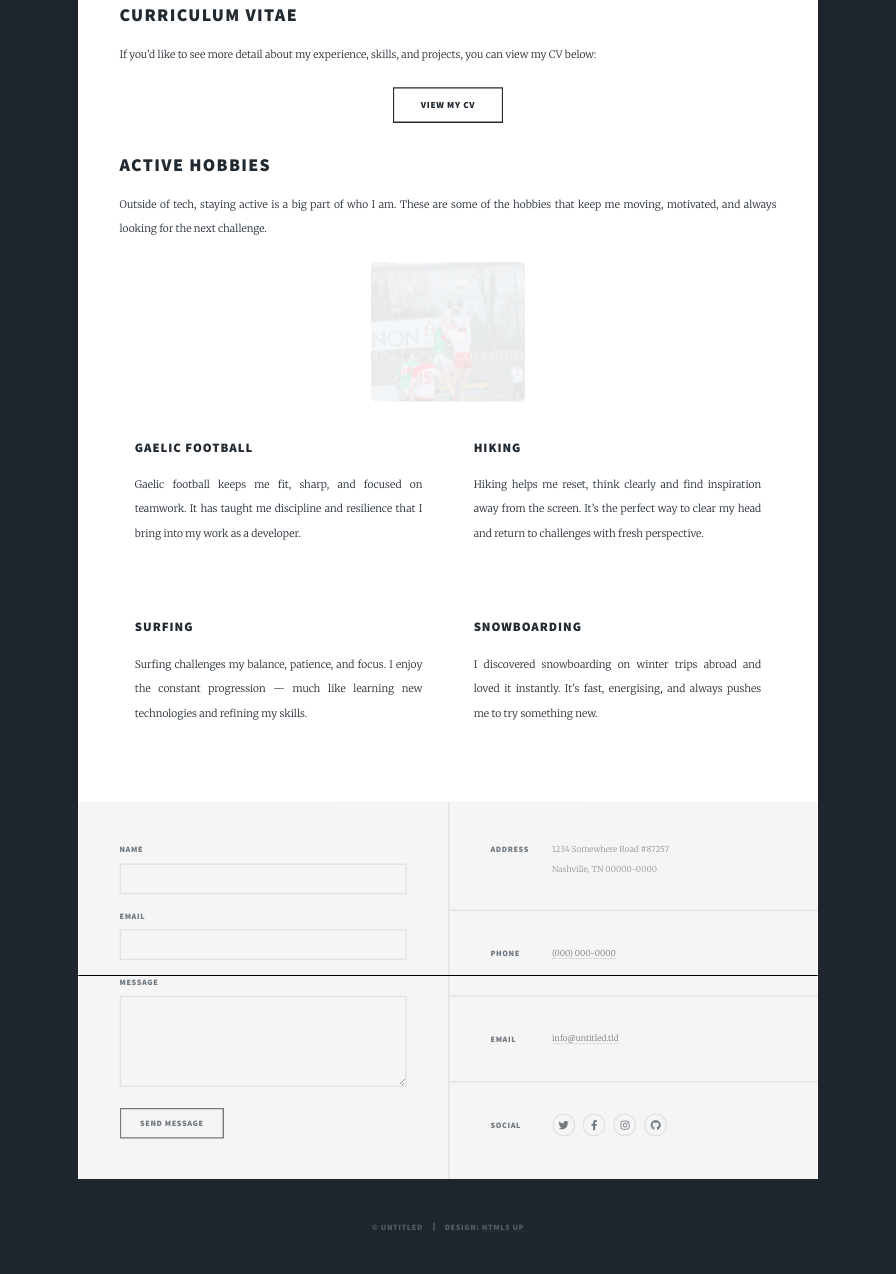
Repository: ciaranscan6/PersonalWebsite
Page: about-me.html
These files come from the project's save history. The page is drawn as it stood at one moment and after the next save; the edit follows.
The browser window is 1280 px wide. The pictures show the part of the page from y = 1441 to 3361 px (the page is 3261 px tall before and 3361 px after), at 70% of full size.

Above is the page before, as saved 2025-11-22 02:47:16.

After the next save:
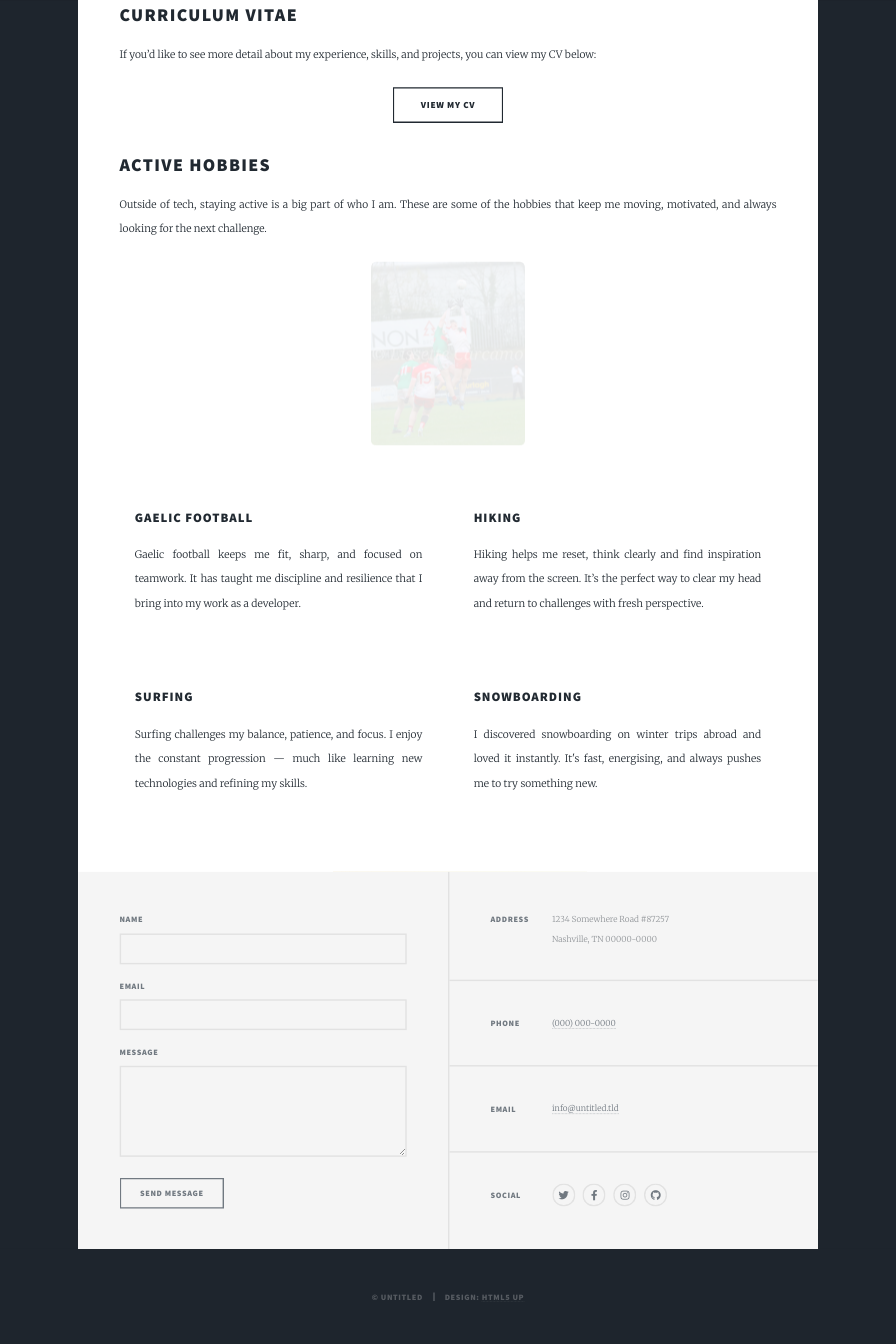
Saved 47 s later.
--- a/about-me.html
+++ b/about-me.html
@@ -20,7 +20,7 @@
 
 			.hobby-rotator-wrapper {
 				width: 220px;        /* or 300px / 250px */
-				height: 200px;       /* fixed height so layout never moves */
+				height: 300px;       /* fixed height so layout never moves */
 				margin: 0 auto 2rem;
 				overflow: hidden;    /* hides edges if image doesn't fit */
 				border-radius: 0.5rem;
